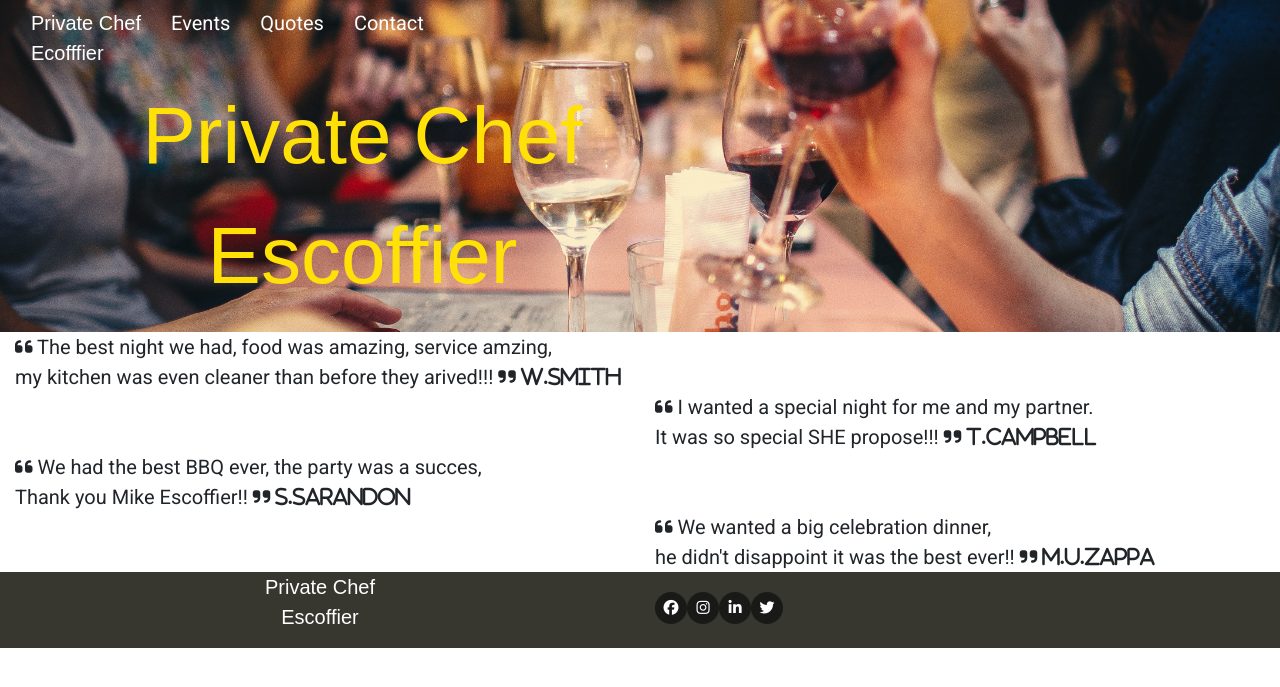
Repository: Mrsebastino/First-Milestone
Page: quotes.html
The author's editor kept a record of every edit. The page is drawn from the files as they stood at one moment, then again after the next edit.
The browser window is 1280 px wide. The pictures show the whole page.
Some web fonts or font styles are not loaded; a fallback is used. Some web libraries are served in a nearby version.

Above is the page before.

After the next edit:
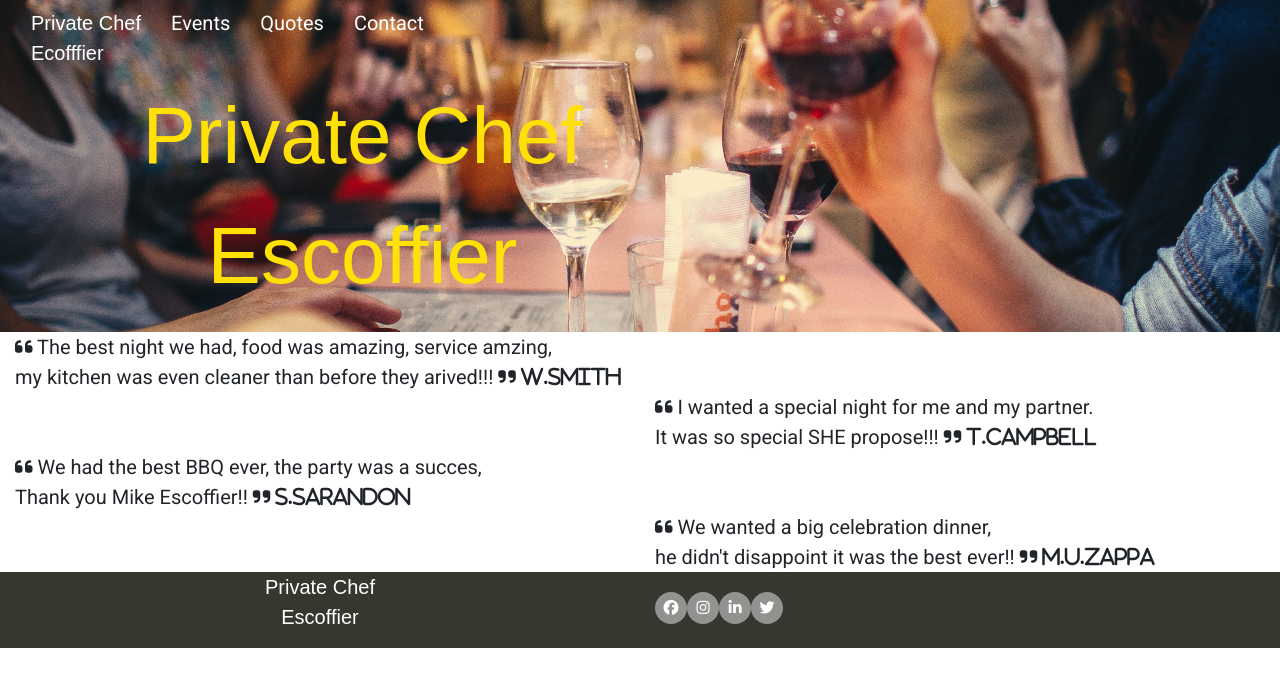
The edit:
--- a/assets/css/style.css
+++ b/assets/css/style.css
@@ -213,7 +213,7 @@
     line-height: 7px;
     margin-top: 20px;
     color: #fff;
-    background-color: #191a18;
+    background-color: #929290;
     transition: all 0.5s ease-in-out;
     -moz-transition: all 0.5s ease-in-out;
     -webkit-transition: all 0.5s ease-in-out;
